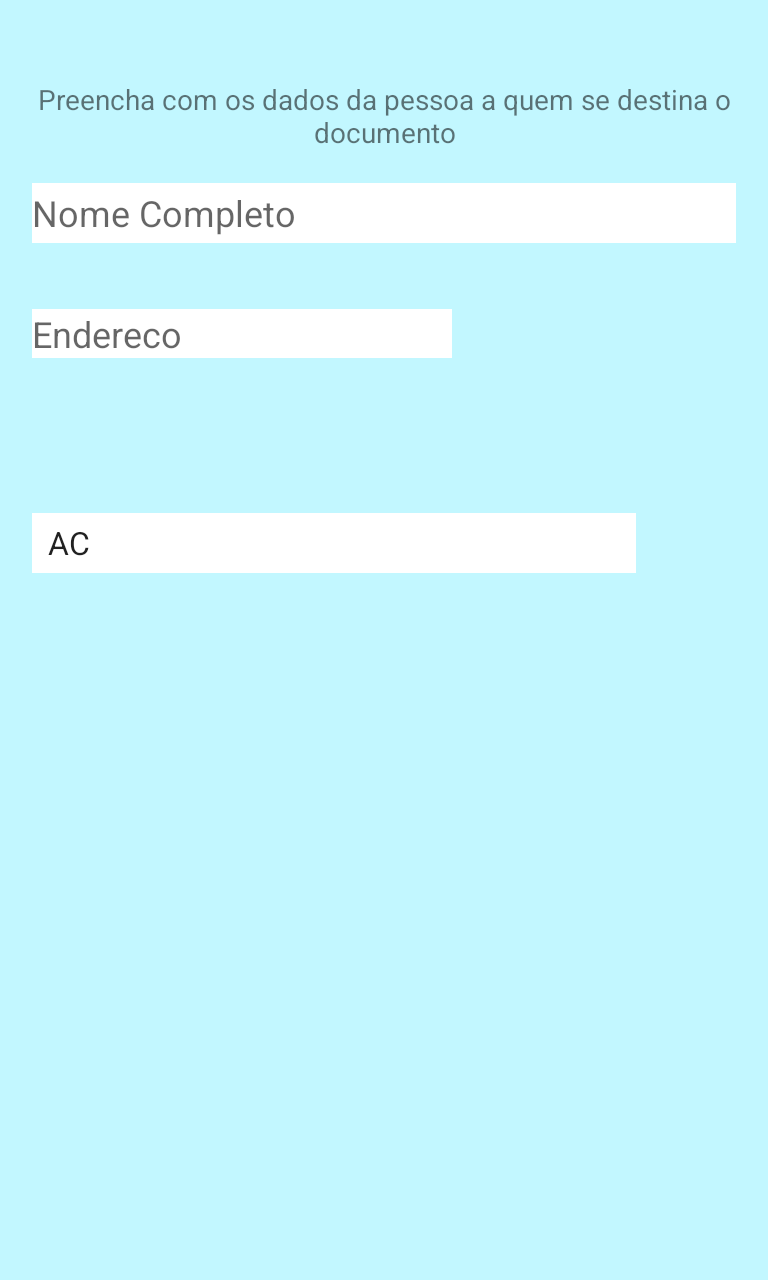
Repository: pdelfino/Projeto-livre
Layout: Protesto Livre/ProtestoLivre/res/layout/fragment_tela05.xml
The author's editor kept a copy of each file at every save. The layout is drawn from the files as they stood at one save, then again after the next save.
It is drawn on a 768 x 1280 px phone screen (xhdpi) without system bars, with theme AppTheme; the app's code is not run.

Above is the layout before, as saved 2014-05-29 00:42:40.

### Protesto Livre/ProtestoLivre/res/layout/fragment_tela05.xml
<RelativeLayout xmlns:android="http://schemas.android.com/apk/res/android"
    xmlns:tools="http://schemas.android.com/tools"
    android:layout_width="match_parent"
    android:layout_height="match_parent"
    android:background="#C2F7FF"
    android:paddingBottom="@dimen/activity_vertical_margin"
    android:paddingLeft="@dimen/activity_horizontal_margin"
    android:paddingRight="@dimen/activity_horizontal_margin"
    android:paddingTop="@dimen/activity_vertical_margin"
    tools:context="br.sp.protestolivre.Tela05$PlaceholderFragment" >

    <TextView
        android:id="@+id/textView1"
        android:layout_width="wrap_content"
        android:layout_height="wrap_content"
        android:layout_alignParentTop="true"
        android:layout_centerHorizontal="true"
        android:layout_marginTop="24dp"
        android:gravity="center"
        android:text="Preencha com os dados da pessoa a quem se destina o documento" />

    <Spinner
        android:id="@+id/spinner1"
        android:layout_width="match_parent"
        android:layout_height="30dp"
        android:layout_alignRight="@+id/Nome"
        android:layout_alignTop="@+id/Endereco"
        android:layout_marginRight="50dp"
        android:layout_marginTop="102dp"
        android:background="#ffffff"
        android:entries="@array/estados"
        android:spinnerMode="dropdown" />

    <EditText
        android:id="@+id/Nome"
        android:layout_width="wrap_content"
        android:layout_height="30dp"
        android:layout_alignLeft="@+id/textView1"
        android:layout_alignRight="@+id/textView1"
        android:layout_below="@+id/textView1"
        android:layout_marginTop="16dp"
        android:background="#ffffff"
        android:ems="10"
        android:hint="Nome Completo"
        android:inputType="textPersonName" />

    <EditText
        android:id="@+id/Endereco"
        android:layout_width="wrap_content"
        android:layout_height="wrap_content"
        android:layout_alignLeft="@+id/Nome"
        android:layout_below="@+id/Nome"
        android:layout_marginTop="33dp"
        android:background="#ffffff"
        android:ems="10"
        android:hint="Endereco" />

</RelativeLayout>

### Protesto Livre/ProtestoLivre/res/values/strings.xml
<?xml version="1.0" encoding="utf-8"?>
<resources>

    <string name="app_name">Protesto Livre</string>
    <string name="hello_world">Hello world!</string>
    <string name="action_settings">Settings</string>
    <string name="title_activity_tela04">Tela04</string>
    <string name="title_activity_tela05">Tela05</string>
	<string-array name="estados">
        <item>AC</item>
		<item>AL</item>
		<item>AP</item>
		<item>AM</item>
		<item>BA</item>
		<item>CE</item>
		<item>DF</item>
		<item>ES</item>
		<item>GO</item>
		<item>MA</item>
		<item>MT</item>
		<item>MS</item>
		<item>MG</item>
		<item>PA</item>
		<item>PB</item>
		<item>PR</item>
		<item>PE</item>
		<item>PI</item>
		<item>RJ</item>
		<item>RN</item>
		<item>RS</item>
		<item>RO</item>
		<item>RR</item>
		<item>SC</item>
		<item>SP</item>
		<item>SE</item>
		<item>TO</item>
    </string-array>
</resources>

Loaded but not shown: Protesto Livre/ProtestoLivre/res/values/styles.xml (common file); Protesto Livre/ProtestoLivre/res/values-v11/styles.xml (common file); Protesto Livre/ProtestoLivre/res/values-v14/styles.xml (common file); Protesto Livre/ProtestoLivre/res/values/dimens.xml (common file); Protesto Livre/ProtestoLivre/res/values-w820dp/dimens.xml (common file)

After the next save:
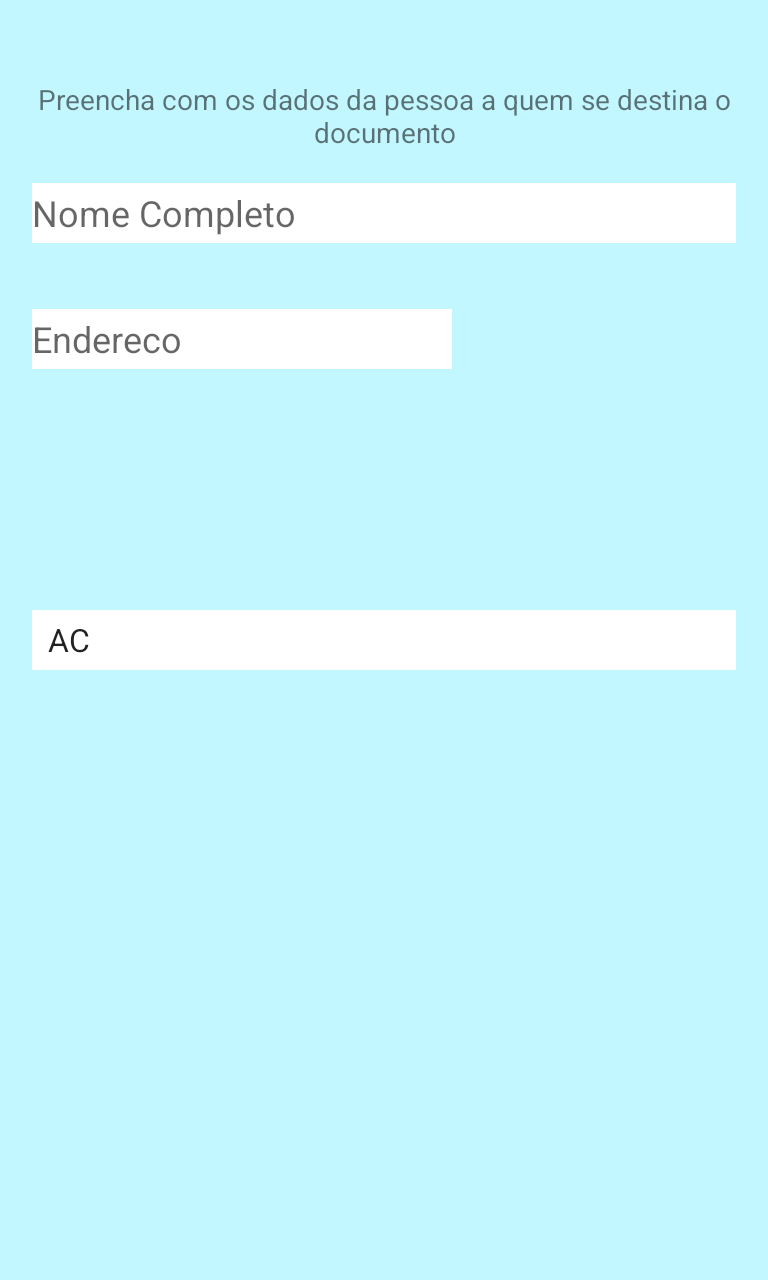
Saved 47 s later.
--- a/Protesto Livre/ProtestoLivre/res/layout/fragment_tela05.xml
+++ b/Protesto Livre/ProtestoLivre/res/layout/fragment_tela05.xml
@@ -19,18 +19,6 @@
         android:gravity="center"
         android:text="Preencha com os dados da pessoa a quem se destina o documento" />
 
-    <Spinner
-        android:id="@+id/spinner1"
-        android:layout_width="match_parent"
-        android:layout_height="30dp"
-        android:layout_alignRight="@+id/Nome"
-        android:layout_alignTop="@+id/Endereco"
-        android:layout_marginRight="50dp"
-        android:layout_marginTop="102dp"
-        android:background="#ffffff"
-        android:entries="@array/estados"
-        android:spinnerMode="dropdown" />
-
     <EditText
         android:id="@+id/Nome"
         android:layout_width="wrap_content"
@@ -47,7 +35,7 @@
     <EditText
         android:id="@+id/Endereco"
         android:layout_width="wrap_content"
-        android:layout_height="wrap_content"
+        android:layout_height="30dp"
         android:layout_alignLeft="@+id/Nome"
         android:layout_below="@+id/Nome"
         android:layout_marginTop="33dp"
@@ -55,4 +43,14 @@
         android:ems="10"
         android:hint="Endereco" />
 
+    <Spinner
+        android:id="@+id/spinner1"
+        android:layout_width="match_parent"
+        android:layout_height="30dp"
+        android:layout_alignLeft="@+id/Endereco"
+        android:layout_centerVertical="true"
+        android:background="#ffffff"
+        android:entries="@array/estados"
+        android:spinnerMode="dropdown" />
+
 </RelativeLayout>
